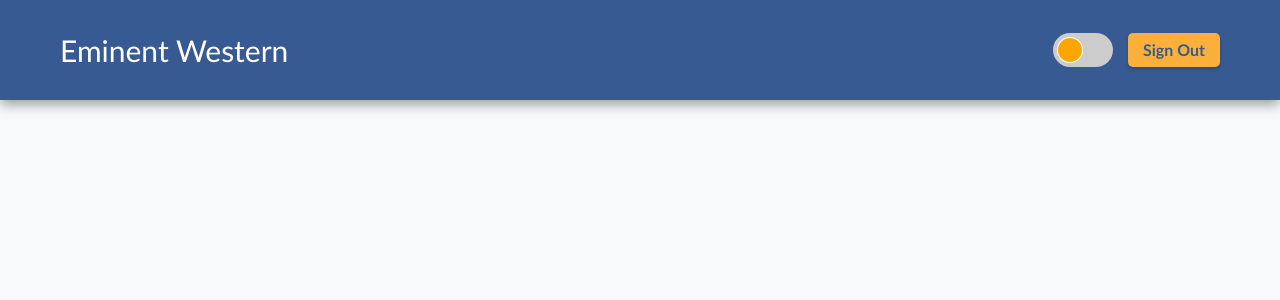
Repository: Kong-fish/FYP_repo
Page: /admin-dashboard (app in fyp_web/)
An editor plug-in stored every save of this project. The page is shown before and after the next save, followed by the edit.
The browser window is 1280 px wide. The pictures show the whole page.
The project was rebuilt for these pictures with package versions that can differ from the ones it lists, and the page was loaded fresh each time. Also part of the build but not shown: fyp_web/src/Landing/Landing.tsx, fyp_web/src/Landing/Register.css, fyp_web/src/Landing/Register.tsx, fyp_web/src/Landing/Login.tsx, fyp_web/src/Landing/Forgot_Password.tsx, fyp_web/src/Dashboard/Admin_Dashboard.tsx, fyp_web/src/Cust_Function/Cust_Pass_Ver.tsx, fyp_web/src/Dashboard/Customer_Dashboard.tsx and 15 more.

Above is the page before, as saved 2025-06-26 14:49:16.

After the next save:
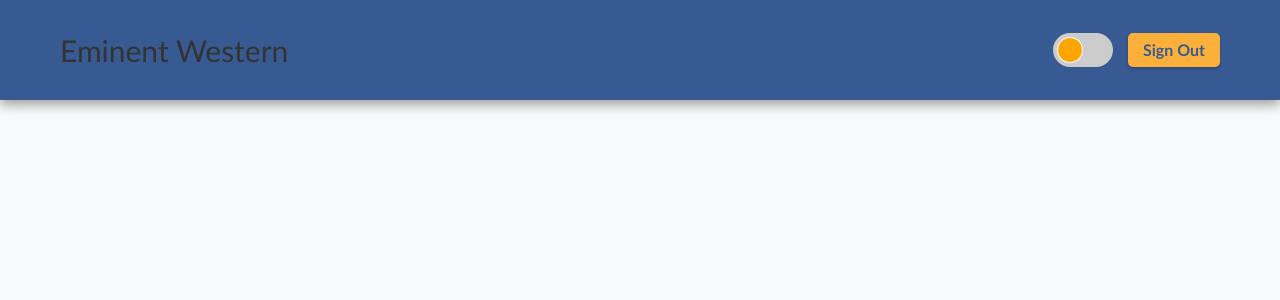
Saved 4 min 6 s later.
--- a/fyp_web/src/shared/Header.css
+++ b/fyp_web/src/shared/Header.css
@@ -55,7 +55,7 @@
  */
 .header .logo-text { /* Added .header to increase specificity */
     font-family: 'Trebuchet MS', sans-serif;
-    color: var(--header-text); /* This rule applies the --header-text (which is #fff) to the title */
+    color: #; /* This rule applies the --header-text (which is #fff) to the title */
     font-size: 30px;
     white-space: nowrap;
     margin: 0; /* Remove default margin */

After the 2 saves that followed:
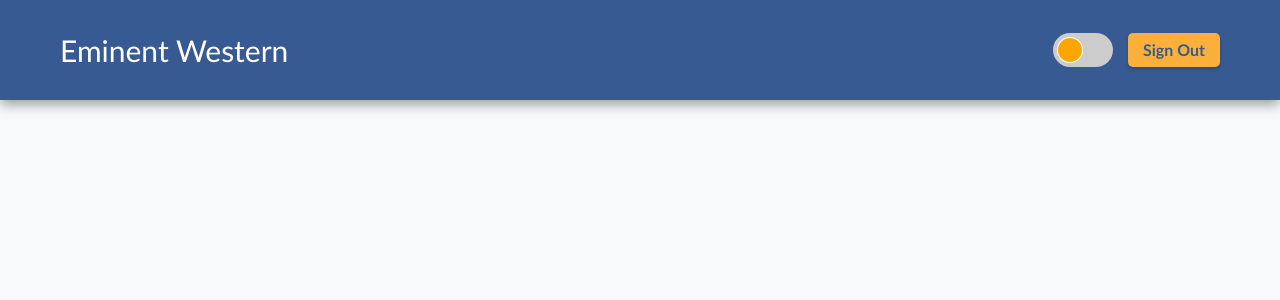
The 2 saves are shown as one change because they came seconds apart.
The last was saved 7 s later.
--- a/fyp_web/src/shared/Header.css
+++ b/fyp_web/src/shared/Header.css
@@ -48,14 +48,9 @@
     align-items: center;
 }
 
-/*
- * Increased specificity for .logo-text to ensure its color remains white.
- * By prepending .header, we make this rule more specific than a standalone .logo-text
- * or a generic 'span' rule from other stylesheets.
- */
 .header .logo-text { /* Added .header to increase specificity */
     font-family: 'Trebuchet MS', sans-serif;
-    color: #; /* This rule applies the --header-text (which is #fff) to the title */
+    color: #fff !important; /* This rule applies the --header-text (which is #fff) to the title */
     font-size: 30px;
     white-space: nowrap;
     margin: 0; /* Remove default margin */
